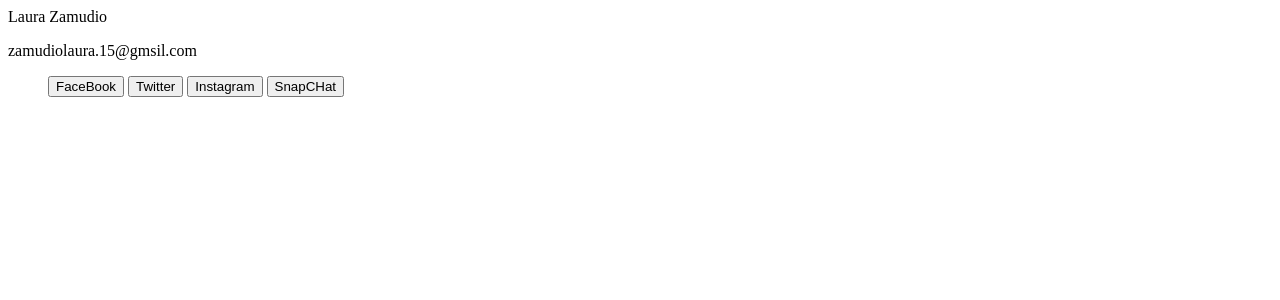
Repository: ZamlZam/LINK.
Page: index.html
An editor plug-in stored every save of this project. The page is shown before and after the next save, followed by the edit.
The browser window is 1280 px wide. The pictures show the whole page.

Above is the page before, as saved 2023-04-16 15:32:09.

After the next save:
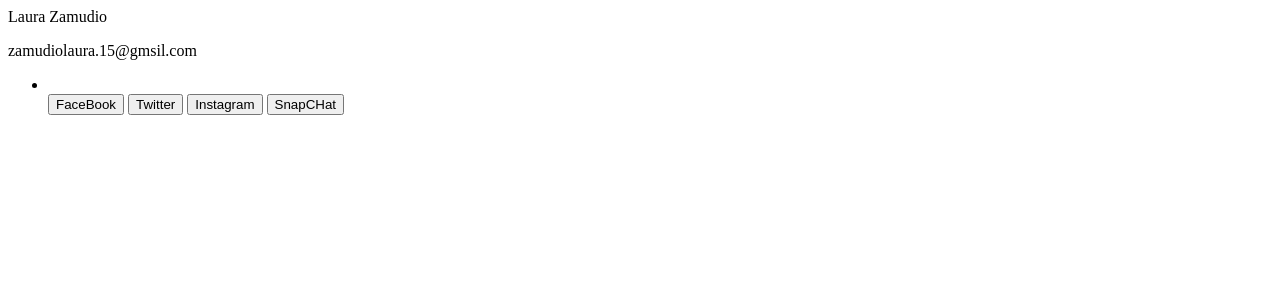
Saved 75 s later.
--- a/index.html
+++ b/index.html
@@ -11,7 +11,7 @@
   <p>zamudiolaura.15@gmsil.com</p>
   <ul class="links">
  <div class="d-grid gap-2 col-6 mx-auto">
-  <button class="btn btn-primary" type="button">FaceBook</button>
+  <li></li><button class="btn btn-primary" type="button">FaceBook</button>
   <button class="btn btn-primary" type="button">Twitter</button>
   <button class="btn btn-primary" type="button">Instagram</button>
   <button class="btn btn-primary" type="button">SnapCHat</button>
